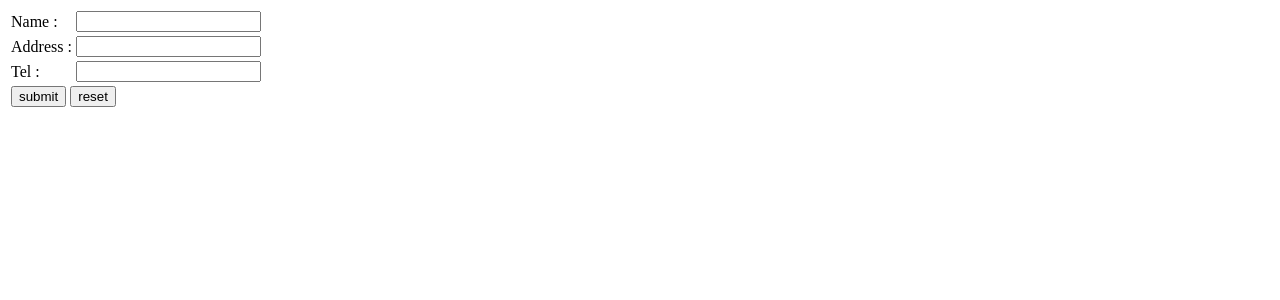
Repository: suzume1203/test
Page: http://localhost/JspProject/TestOS.jsp
The author's editor kept a copy of each file at every save. The page is drawn from the files as they stood at one save, then again after the next save.
The browser window is 1280 px wide. The pictures show the whole page.
The page is served by Tomcat 10. Nobody is signed in. The application's start-up code is not run.

Above is the page before, as saved 2023-03-08 05:56:26.

After the next save:
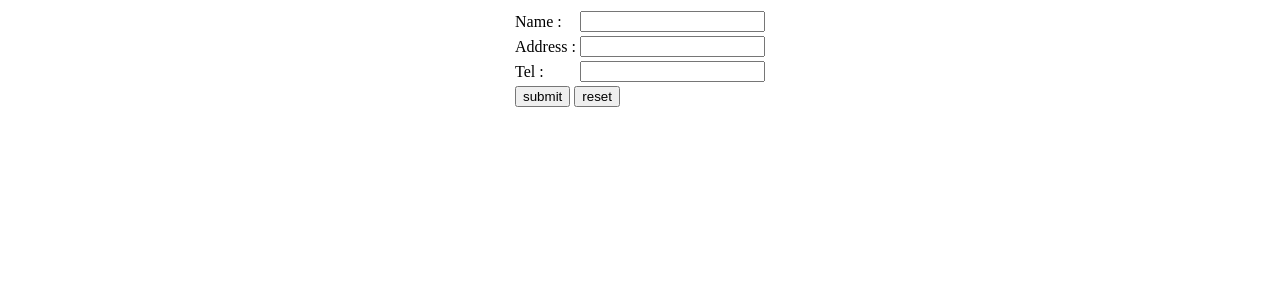
Saved 51 s later.
--- a/JspProject/src/main/webapp/TestOS.jsp
+++ b/JspProject/src/main/webapp/TestOS.jsp
@@ -4,10 +4,15 @@
 <head>
 <meta charset="UTF-8">
 <title>Test OS</title>
+<style>
+table {
+	margin: auto;
+}
+</style>
 </head>
 <body>
 	<form action="xxxServlet" method="get">
-		<table margin="auto">
+		<table>
 			<tr>
 				<td>Name :</td>
 				<td>
